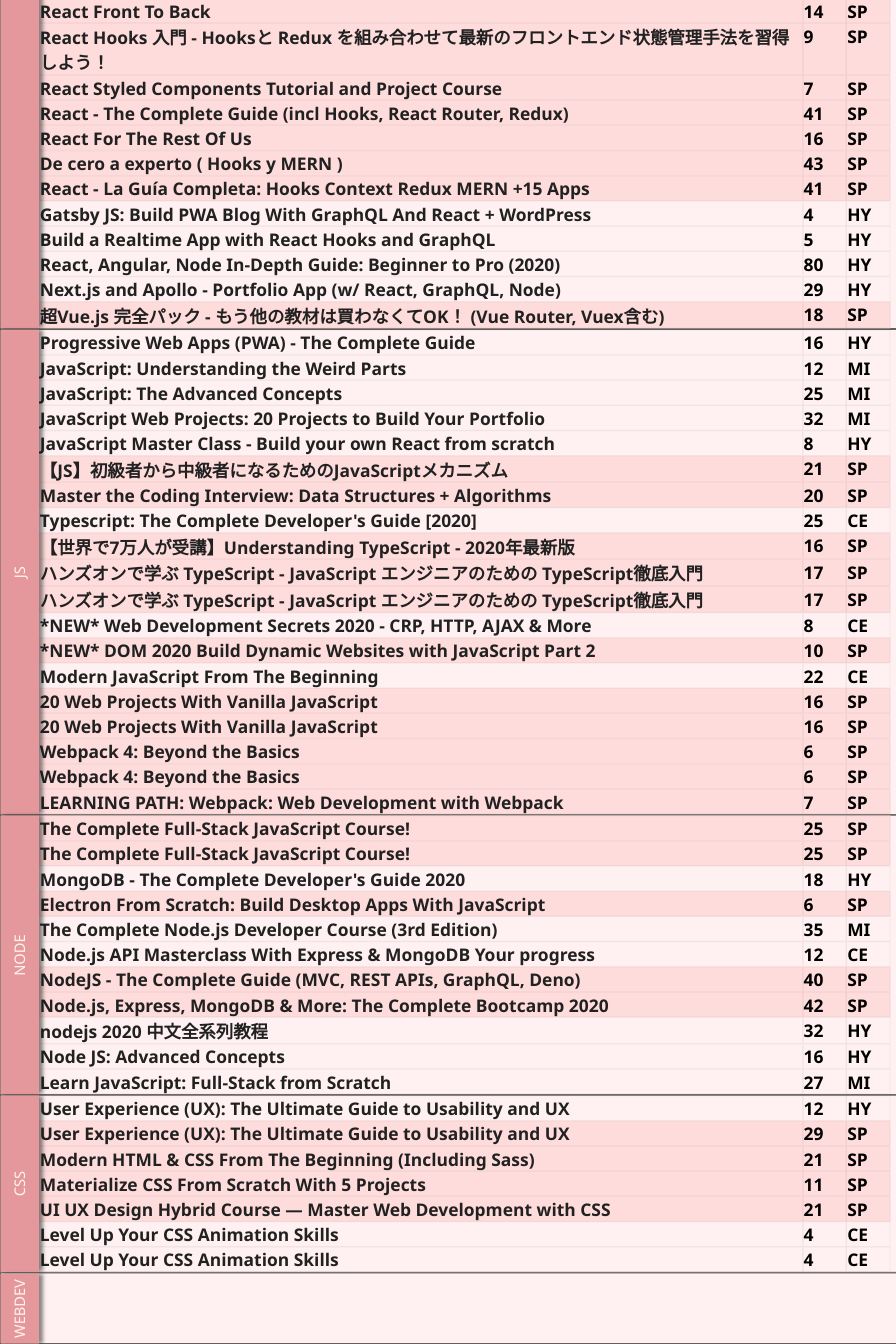
Repository: ClementLight/plan
Page: codicrs.html
These files come from the project's save history. The page is drawn as it stood at one moment and after the next save; the edit follows.
The browser window is 1280 px wide. The pictures show the part of the page from y = 810 to 2730 px (the page is 2730 px tall), at 70% of full size.

Above is the page before, as saved 2020-09-01 14:47:19.

After the next save:
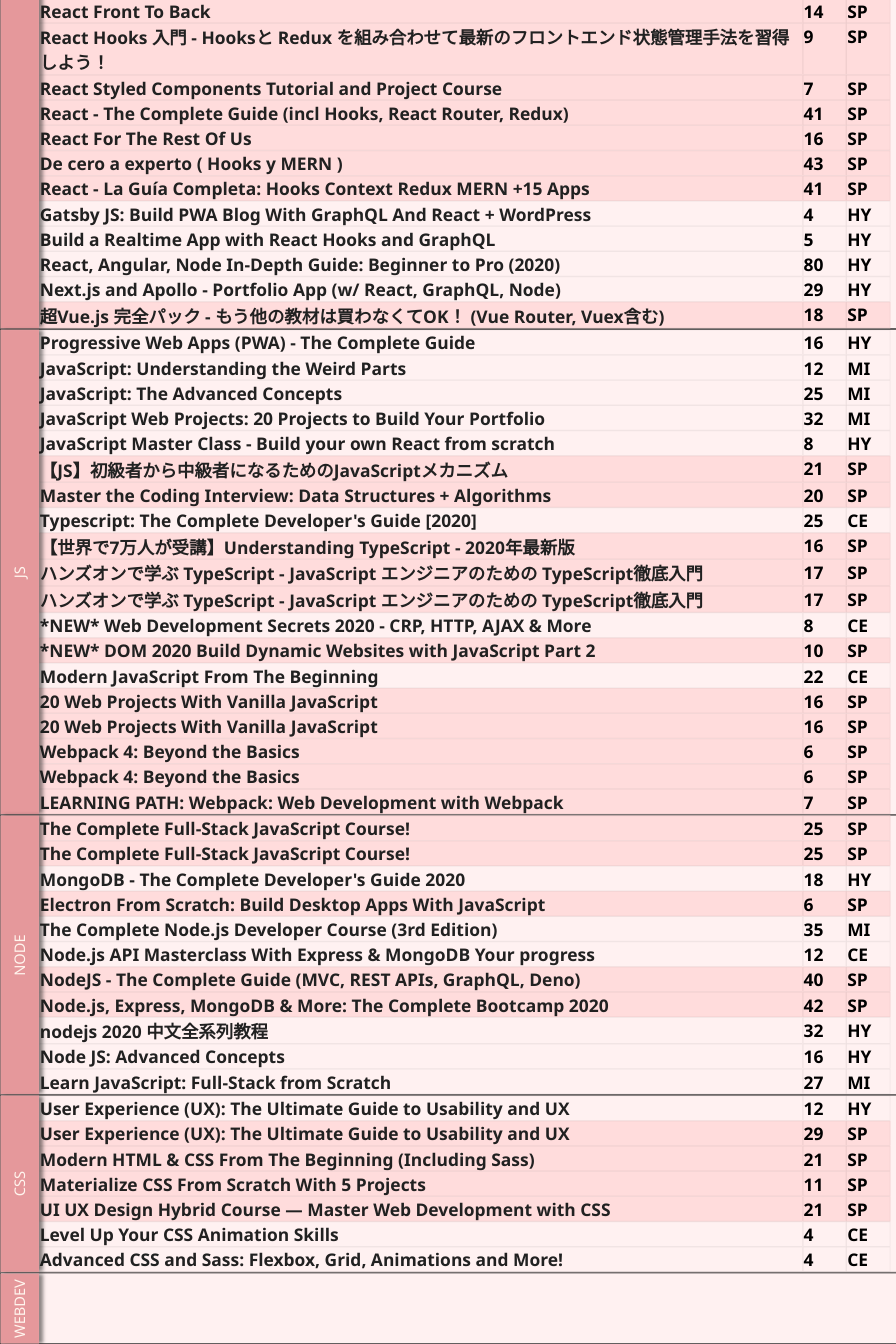
Saved 3 s later.
--- a/jsondata.js
+++ b/jsondata.js
@@ -609,7 +609,7 @@
     tags: "Css, UI, IX, Design",
     hours: 4,
     account: "CE",
-    title: "Level Up Your CSS Animation Skills",
+    title: "Advanced CSS and Sass: Flexbox, Grid, Animations and More!",
     url: "https://www.udemy.com/course/level-up-your-css-animation-skills/learn/lecture/14278658?start=746#overview",
   },
 ]
